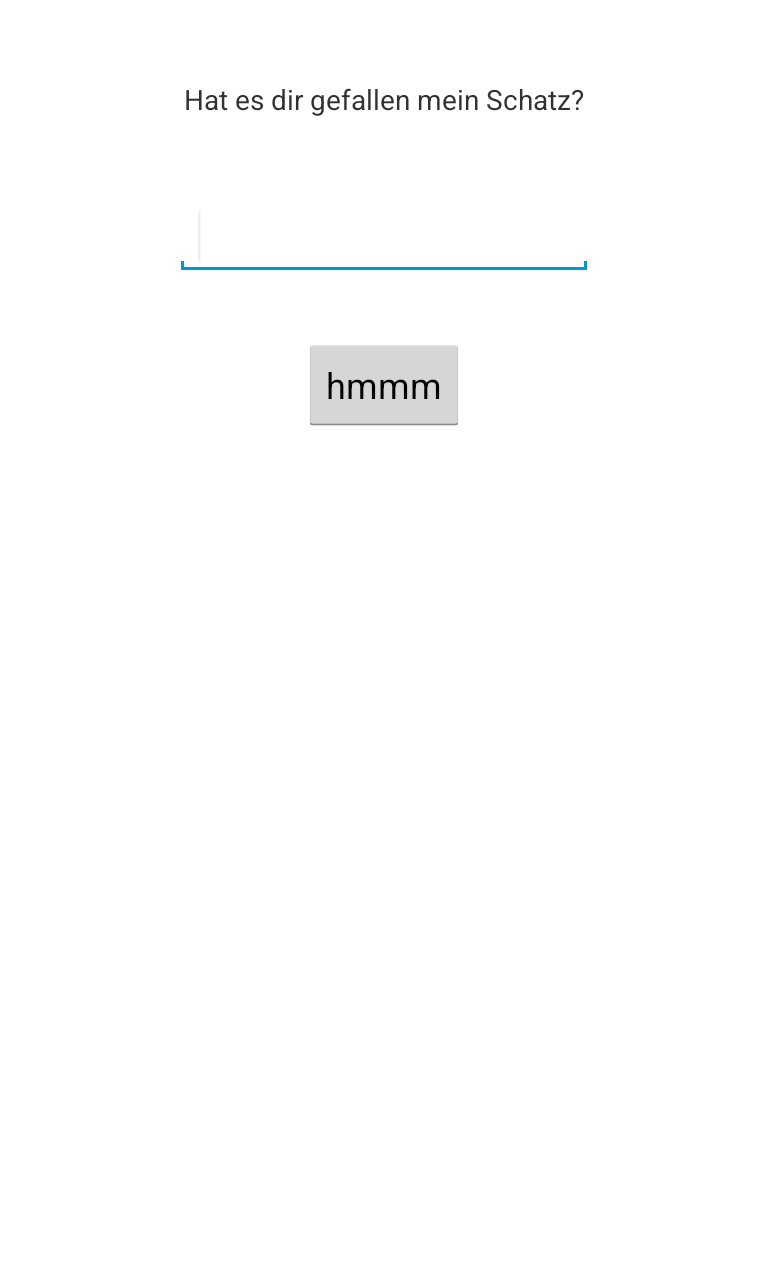
Repository: flashback2k12/ChristmasPresent
Layout: ChristmasPresent/res/layout/activity_expanded_stuff.xml
These files come from the project's save history. The layout is drawn as it stood at one moment and after the next save; the edit follows.
It is drawn on a 768 x 1280 px phone screen (xhdpi) without system bars, with theme AppTheme; the app's code is not run.

Above is the layout before, as saved 2012-12-19 18:27:47.

### ChristmasPresent/res/layout/activity_expanded_stuff.xml
<?xml version="1.0" encoding="utf-8"?>
<LinearLayout xmlns:android="http://schemas.android.com/apk/res/android"
    android:layout_width="match_parent"
    android:layout_height="match_parent"
    android:orientation="vertical" >

    <RelativeLayout
        android:layout_width="fill_parent"
        android:layout_height="fill_parent" >

        <TextView
            android:id="@+id/textView1"
            android:layout_width="wrap_content"
            android:layout_height="wrap_content"
            android:layout_alignParentTop="true"
            android:layout_centerHorizontal="true"
            android:layout_marginLeft="30dp"
            android:layout_marginRight="30dp"
            android:layout_marginTop="40dp"
            android:text="@string/expanded_one" />

        <EditText
            android:id="@+id/etAntwort"
            android:layout_width="wrap_content"
            android:layout_height="wrap_content"
            android:layout_below="@+id/textView1"
            android:layout_centerHorizontal="true"
            android:layout_marginTop="40dp"
            android:ems="10" >

            <requestFocus />
        </EditText>

        <Button
            android:id="@+id/button1EXS"
            android:layout_width="wrap_content"
            android:layout_height="wrap_content"
            android:layout_below="@+id/etAntwort"
            android:layout_centerHorizontal="true"
            android:layout_marginTop="30dp"
            android:text="@string/button_answer"
            android:onClick="BtnAntwort"/>

    </RelativeLayout>

</LinearLayout>

### ChristmasPresent/res/values-v11/styles.xml
<resources>

	<style  name="AppTheme" parent="android:Theme.Holo.Light" />

</resources>

### ChristmasPresent/res/values/styles.xml
<resources xmlns:android="http://schemas.android.com/apk/res/android">

    <style name="AppTheme" parent="android:Theme.Light" />

    <style name="WidgetBackground_4_1">
        <item name="android:background">@drawable/widget_4_1</item>
    </style>

<style name="WidgetTitle">
        <item name="android:textSize">10sp</item>
        <item name="android:textStyle">bold</item>
        <item name="android:textColor">@android:color/white</item>
    </style>

    <style name="WidgetText">
        <item name="android:textSize">10sp</item>
        <item name="android:textColor">@android:color/white</item>
    </style>
    <style name="AppTheme" parent="android:Theme.Black" />

</resources>

### ChristmasPresent/res/values/strings.xml
<?xml version="1.0" encoding="utf-8"?>
<resources>

    <string name="app_name">Weihnachtsgeschenk</string>
    <string name="title_activity_main">Weihnachtsgeschenk</string><string name="hello_schatz_z1">Ich wünsche dir alles liebe zum Weihnachtsfest mein Schatz. :-* </string>
    <string name="hello_schatz_z2">Ich hoffe, dass dir die nächsten Punkte gefallen werden!!! :-)</string>
    <string name="button_standard">drück mich!</string>
    <string name="fuelltext">Spannung...</string>
    <string name="checkbox1">Gutschein 01</string>
    <string name="checkbox2">Gutschein 02</string>
    <string name="checkbox3">Gutschein 03</string>
    <string name="checkbox4">Gutschein 04</string>
    <string name="checkbox5">Gutschein 05</string>
    <string name="checkbox6">Gutschein 06</string><string name="checkbox7">Gutschein 07</string><string name="checkbox8">Gutschein 08</string><string name="checkbox9">Gutschein 09</string><string name="checkbox10">Gutschein 10</string><string name="gutschein1">Ein Gutschein für einen Kinobesuch deiner Wahl!</string>
    <string name="gutschein2">Ein Gutschein zum Essen gehen deiner Wahl!</string>
    <string name="gutschein3">Ein Gutschein für eine Massage deiner Wahl!</string>
    <string name="gutschein4">Ein Gutschein für ein Candlelight Dinner!</string>
    <string name="gutschein5">Ein Gutschein für 4 Knutsch-Fotos im Passbildautomat (Ecke Löffelfamilie)!</string>
    <string name="gutschein6">Ein Gutschein für einen DVD Marathon deiner Wahl mit Leckereien! </string>
    <string name="gutschein7">Ein Gutschein für die Erfüllung eines Wunsches von dir!</string>
    <string name="gutschein8">Ein Gutschein für ein Picknick!</string>
    <string name="gutschein9">Ein Gutschein deiner Wahl wiederholen!</string>
    <string name="christmas">Frohe Weihnachten mein Schatz!</string>
    <string name="i_love_you">Ich liebe Dich!</string>
    <string name="app_widget_4_1_christmas">Frohe Weihnachten</string>
    <string name="i_love_you_2">Ich liebe Dich mein Schatz! :-***</string>
    <string name="miss_you">Du fehlst mir jeden Tag an dem wir uns nicht sehen!</string>
    <string name="app_widget_4_1_allYear">Kussi</string>
    <string name="expanded_one">Hat es dir gefallen mein Schatz?</string>
    <string name="button_answer">hmmm</string>

</resources>

Loaded but not shown: ChristmasPresent/res/values-v14/styles.xml (common file)

After the next save:
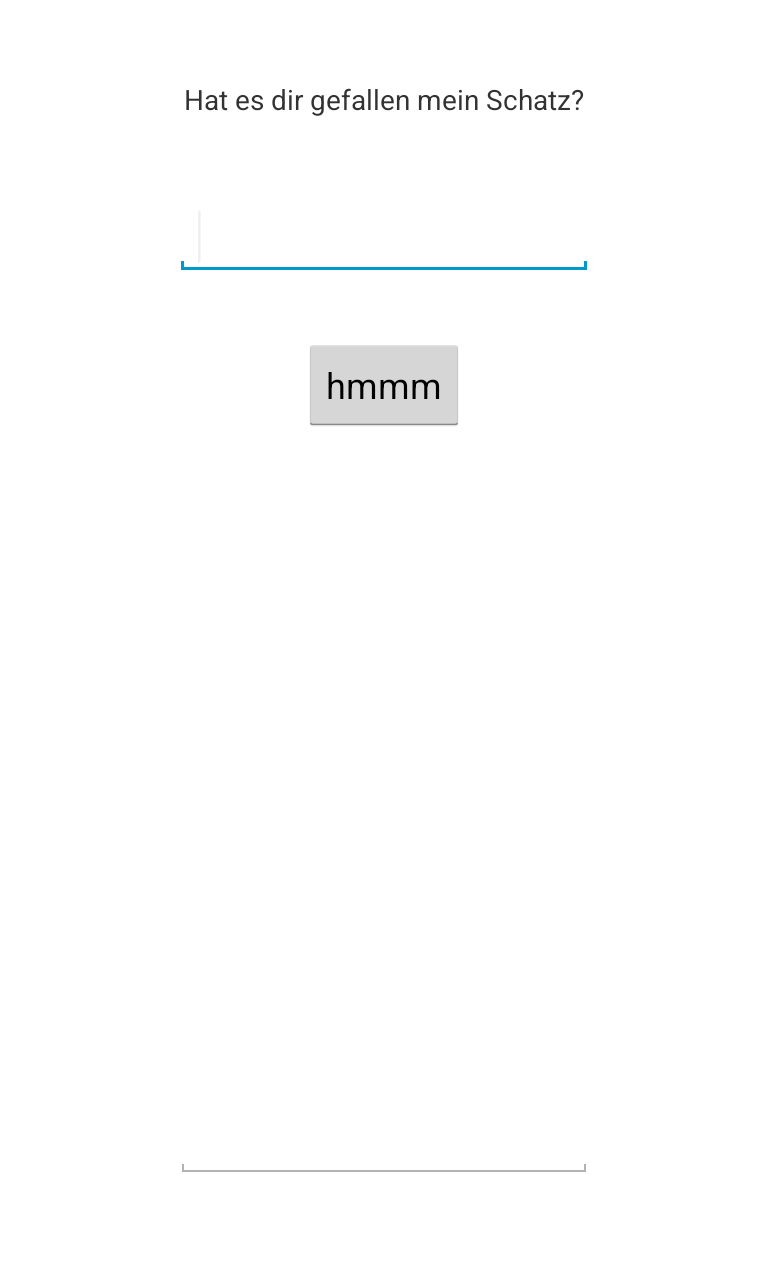
Saved 81 s later.
--- a/ChristmasPresent/res/layout/activity_expanded_stuff.xml
+++ b/ChristmasPresent/res/layout/activity_expanded_stuff.xml
@@ -1,7 +1,7 @@
 <?xml version="1.0" encoding="utf-8"?>
 <LinearLayout xmlns:android="http://schemas.android.com/apk/res/android"
     android:layout_width="match_parent"
-    android:layout_height="match_parent"
+    android:layout_height="fill_parent"
     android:orientation="vertical" >
 
     <RelativeLayout
@@ -41,6 +41,18 @@
             android:text="@string/button_answer"
             android:onClick="BtnAntwort"/>
 
+        <EditText
+            android:id="@+id/editText1"
+            android:layout_width="wrap_content"
+            android:layout_height="fill_parent"
+            android:layout_below="@+id/button1EXS"
+            android:layout_centerHorizontal="true"
+            android:layout_marginBottom="50dp"
+            android:layout_marginTop="30dp"
+            android:clickable="false"
+            android:editable="false"
+            android:ems="10" />
+
     </RelativeLayout>
 
 </LinearLayout>
